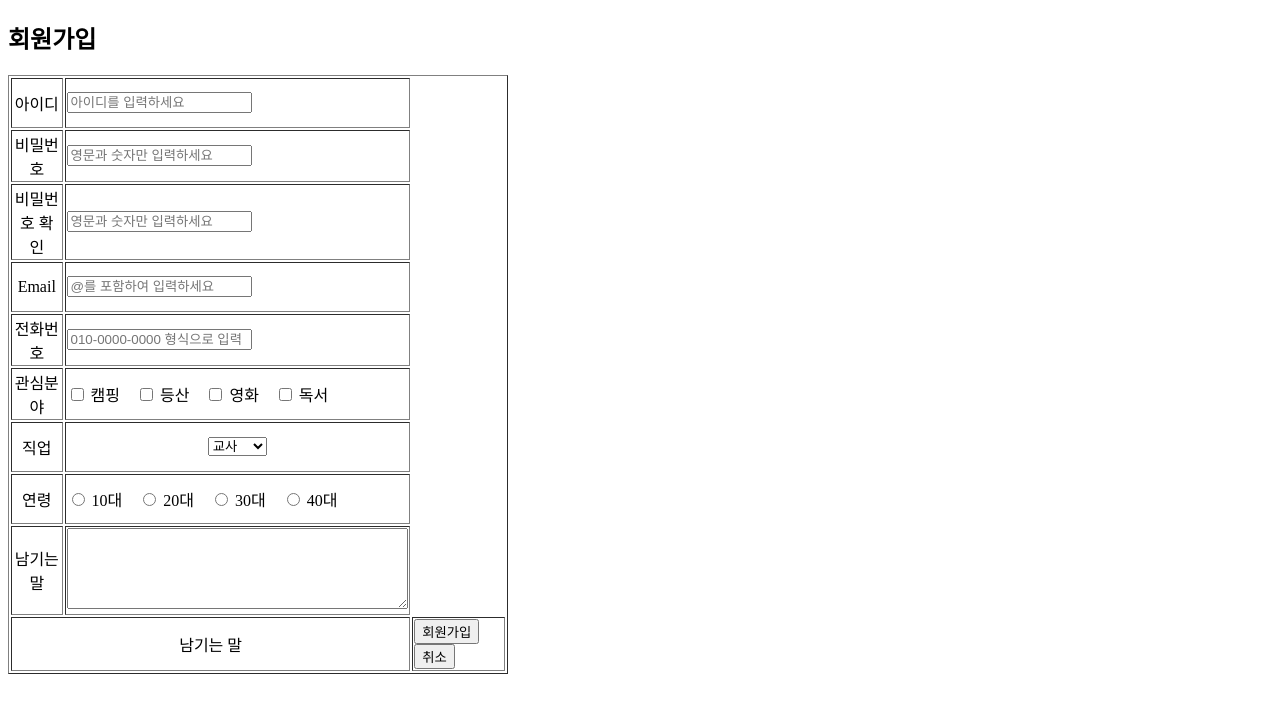
Repository: junirang330/Jsp2026
Page: http://localhost/chapter01/Request/Requestjoin.jsp
These files come from the project's save history. The page is drawn as it stood at one moment and after the next save; the edit follows.
The browser window is 1280 px wide. The pictures show the whole page.
The page is served by Tomcat 9.

Above is the page before, as saved 2026-10-19 06:51:06.

### chapter01/src/main/webapp/Request/Requestjoin.jsp
<%@ page language="java" contentType="text/html; charset=UTF-8"
    pageEncoding="UTF-8" import = "java.util.*" %>
<!DOCTYPE html>
<html>
<head>
<meta charset="UTF-8">
<title>회원가입</title>
</head>
<body>
	<div class="container02">
		<h2>회원가입</h2>
		<form action="RequestjoinProc.jsp" method = "post">
			<table width="500" border="1">
				<tr height = "50">
					<td align = "center" width = "150">아이디</td>
					<td width = "350">
						<input type = "text" name = "id" placeholder = "아이디를 입력하세요"/>
					</td>
				</tr>
				<tr height = "50">
					<td align = "center" width = "150">비밀번호</td>
					<td width = "350">
						<input type = "password" name = "pass" placeholder = "영문과 숫자만 입력하세요"/>
					</td>

				</tr>
				<tr height = "50">
					<td align = "center" width = "150">비밀번호 확인</td>
					<td width = "350">
						<input type = "password" name = "passchk" placeholder = "영문과 숫자만 입력하세요"/>
					</td>
				</tr>
				<tr height = "50">
					<td align = "center" width = "150">Email</td>
					<td width = "350">
						<input type = "email" name = "email" placeholder = "@를 포함하여 입력하세요"/>
					</td>
				</tr>
				<tr height = "50">
					<td align = "center" width = "150">전화번호</td>
					<td width = "350">
						<input type = "tel" name = "tel" placeholder = "010-0000-0000 형식으로 입력"/>
					</td>
				</tr>
				<tr height = "50">
					<td align = "center" width = "150">관심분야</td>
					<td width = "350">
						<input type = "checkbox" name = "hobby" value = "캠핑" id ="camping"/>
						<label for="camping">캠핑</label> &nbsp;&nbsp;
						<input type = "checkbox" name = "hobby" value = "등산" id ="mount"/>
						<label for="mount">등산</label> &nbsp;&nbsp;
						<input type = "checkbox" name = "hobby" value = "영화" id ="movie"/>
						<label for="movie">영화</label> &nbsp;&nbsp;
						<input type = "checkbox" name = "hobby" value = "독서" id ="book"/>
						<label for="book">독서</label> &nbsp;&nbsp;
					</td>
				</tr>
				<tr height="50">
					<td width="150" align = "center">직업</td>
					<td width="350" align = "center">
						<select name = "job">
							<option value="교사">교사</option>
							<option value="변호사">변호사</option>
							<option value="의사">의사</option>
							<option value="기술사">기술사</option>
						</select>
					</td>
				</tr>
				<tr height = "50">
					<td align = "center" width = "150">연령</td>
					<td width = "350">
						<input type = "radio" name = "age" value = "10대" id ="teenage"/>
						<label for="teenage">10대</label> &nbsp;&nbsp;
						<input type = "radio" name = "age" value = "20대" id ="twenty"/>
						<label for="twenty">20대</label> &nbsp;&nbsp;
						<input type = "radio" name = "age" value = "30대" id ="thirty"/>
						<label for="thirty">30대</label> &nbsp;&nbsp;
						<input type = "radio" name = "age" value = "40대" id ="forty"/>
						<label for="forty">40대</label> &nbsp;&nbsp;
					</td>
				</tr>
				<tr height = "50">
					<td align = "center" width = "150">남기는 말</td>
					<td width = "350">
						<textarea rows="5" cols="40" name = "info"></textarea>
					</td>
				</tr>
				<tr height = "50">
					<td colspan = "2" align = "center">남기는 말</td>
					<td width = "350">
						<input type = "submit" value = "회원가입"/>
						<input type = "reset" value = "취소"/>
					</td>
				</tr>
			</table>
		</form>
	</div>

</body>
</html>

After the next save:
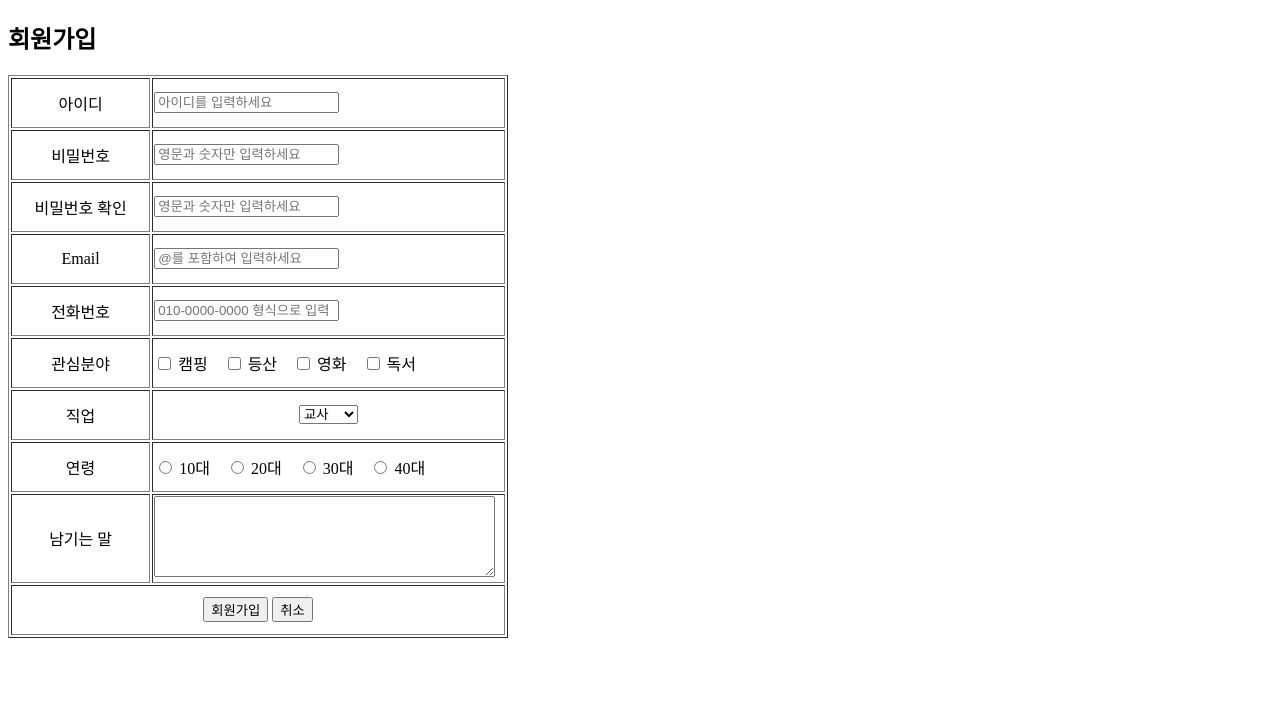
Saved 19 s later.
--- a/chapter01/src/main/webapp/Request/Requestjoin.jsp
+++ b/chapter01/src/main/webapp/Request/Requestjoin.jsp
@@ -86,8 +86,7 @@
 					</td>
 				</tr>
 				<tr height = "50">
-					<td colspan = "2" align = "center">남기는 말</td>
-					<td width = "350">
+					<td colspan = "2" align = "center">
 						<input type = "submit" value = "회원가입"/>
 						<input type = "reset" value = "취소"/>
 					</td>
